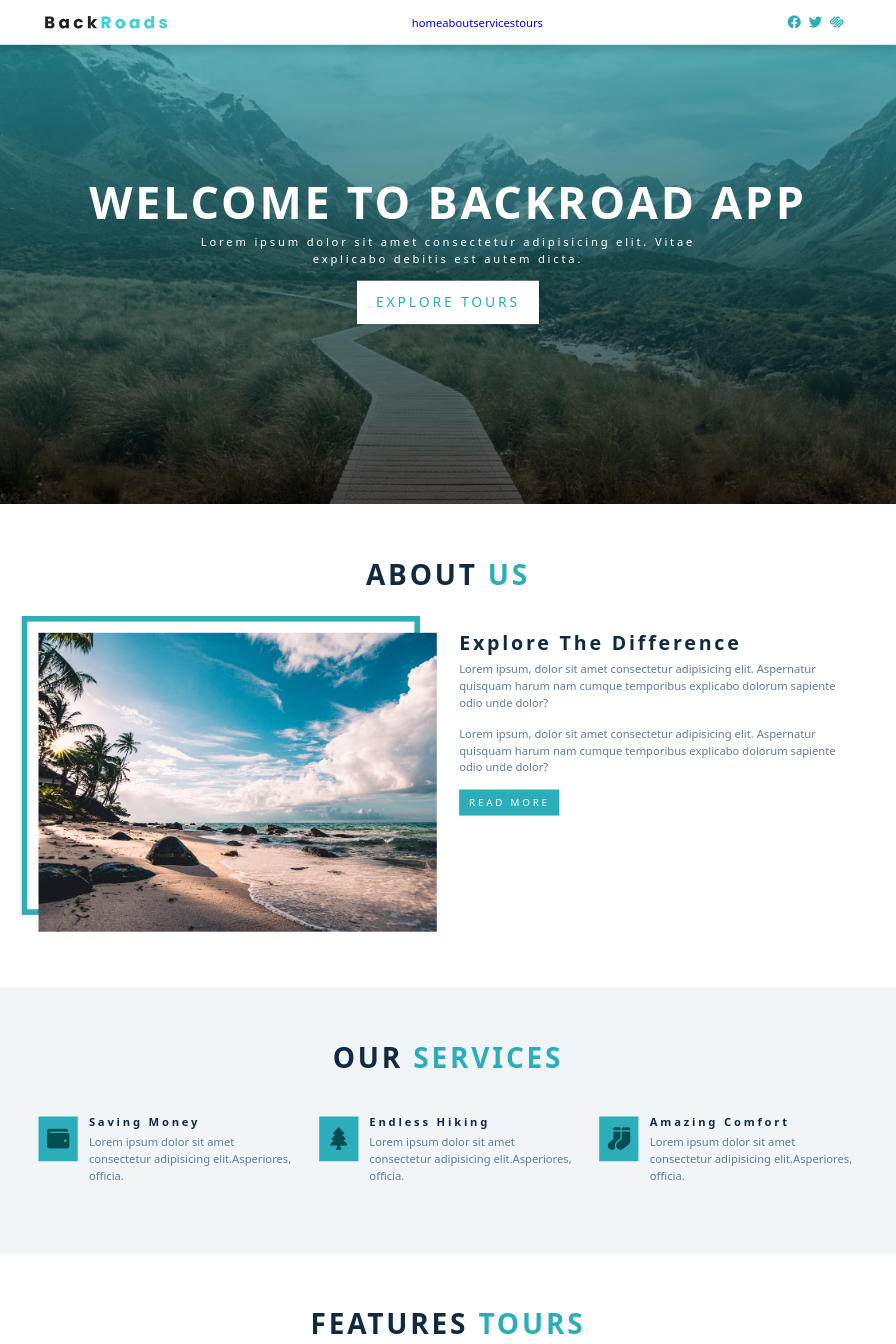
Repository: shivyank121/backRoad-app
Page: /
An editor plug-in stored every save of this project. The page is shown before and after a run of saves, followed by the edit.
The browser window is 1280 px wide. The pictures show the part of the page from y = 0 to 1920 px (the page is 3363 px tall), at 70% of full size.
Some web libraries are served in a nearby version. The project was rebuilt for these pictures with package versions that can differ from the ones it lists, and the page was loaded fresh each time.

Above is the page before, as saved 2023-08-21 18:47:34.

### public/index.html
<!DOCTYPE html>
<html lang="en">
  <head>
    <meta charset="utf-8" />
    <link rel="icon" href="%PUBLIC_URL%/favicon.ico" />
    <meta name="viewport" content="width=device-width, initial-scale=1" />
    <meta name="theme-color" content="#000000" />
    <meta
      name="description"
      content="Web site created using create-react-app"
    />
    <link rel="apple-touch-icon" href="%PUBLIC_URL%/logo192.png" />
    <!--
      manifest.json provides metadata used when your web app is installed on a
      user's mobile device or desktop. See https://developers.google.com/web/fundamentals/web-app-manifest/
    -->
    <link rel="manifest" href="%PUBLIC_URL%/manifest.json" />
    <!--
      Notice the use of %PUBLIC_URL% in the tags above.
      It will be replaced with the URL of the `public` folder during the build.
      Only files inside the `public` folder can be referenced from the HTML.

      Unlike "/favicon.ico" or "favicon.ico", "%PUBLIC_URL%/favicon.ico" will
      work correctly both with client-side routing and a non-root public URL.
      Learn how to configure a non-root public URL by running `npm run build`.
    -->

    <link
    rel="stylesheet"
    href="https://cdnjs.cloudflare.com/ajax/libs/font-awesome/5.12.0/css/all.min.css"
    integrity="sha512-c93ifPoTvMdEJH/rKIcBx//AL1znq9+4/RmMGafI/vnTFe/dKwnn1uoeszE2zJBQTS1Ck5CqSBE+34ng2PthJg=="
    crossorigin="anonymous"
    referrerpolicy="no-referrer"
  />

    <title>Backroad </title>
  </head>
  <body>
    <noscript>You need to enable JavaScript to run this app.</noscript>
    <div id="root"></div>
    <!--
      This HTML file is a template.
      If you open it directly in the browser, you will see an empty page.

      You can add webfonts, meta tags, or analytics to this file.
      The build step will place the bundled scripts into the <body> tag.

      To begin the development, run `npm start` or `yarn start`.
      To create a production bundle, use `npm run build` or `yarn build`.
    -->
  </body>
</html>

### src/App.js
import { About } from "./components/About";
import { Footer } from "./components/Footer";
import { Hero } from "./components/Hero";
import { Navbar } from "./components/Navbar";
import { Services } from "./components/Services";
import { Tours } from "./components/Tours";

function App() {
  return (
    <>
      <Navbar />
      <Hero />
      <About />
      <Services />
      <Tours />
      <Footer />
    </>
  );
}

export default App;

### src/components/About.js
import React from 'react'
import aboutImg from "../images/about.jpeg"
import Title from './Title'

export const About = () => {
  return (

    <section className="section" id="about">

        <Title title='about' subtitle='us' />

      <div className="section-center about-center">
        <div className="about-img">
          <img
            src={aboutImg}
            className="about-photo"
            alt="awesome beach"
          />
        </div>
        <article className="about-info">
          <h3>explore the difference</h3>
          <p>
            Lorem ipsum, dolor sit amet consectetur adipisicing elit. Aspernatur
            quisquam harum nam cumque temporibus explicabo dolorum sapiente odio
            unde dolor?
          </p>
          <p>
            Lorem ipsum, dolor sit amet consectetur adipisicing elit. Aspernatur
            quisquam harum nam cumque temporibus explicabo dolorum sapiente odio
            unde dolor?
          </p>
          <a href="#to" className="btn"  >read more</a>
        </article>
      </div>
    </section>
  )
}

### src/components/Footer.js
import React from "react";
import { pageLinks, socialLinks } from "../data";
import Sociallinks from "./Sociallinks";

export const Footer = () => {
  return (
    <footer className="section footer">
      <ul className="footer-links">
        {pageLinks.map((link) => {
          return (
            <li key={link.id}>
              <a href={link.href} className="footer-link">
                {link.text}
              </a>
            </li>
          );
        })}
      </ul>
      <ul className="footer-icons">
        {socialLinks.map((link) => {
          return (
            <Sociallinks key={link.id} {...link} itemClass="footer-icon" />
          );
        })}
      </ul>
      <p className="copyright">
        copyright &copy; Backroads App tours company 2023
        <span id="date"></span> all rights reserved
      </p>
    </footer>
  );
};

### src/components/Hero.js
import React from 'react'

export const Hero = () => {
  return (
    <section className="hero" id="home">
      <div className="hero-banner">
        <h1>Welcome to Backroad App</h1>
        <p>
          Lorem ipsum dolor sit amet consectetur adipisicing elit. Vitae
          explicabo debitis est autem dicta.
        </p>
        <a href="#tours" className="btn hero-btn">explore tours</a>
      </div>
    </section>

  )
}

### src/components/Navbar.js
import React from "react";
import logo from "../images/logo.svg";
import { pageLinks, socialLinks } from "../data";
import Sociallinks from "./Sociallinks";
import Navlinks from "./Navlinks";

export const Navbar = () => {
  return (
    <nav className="navbar">
      <div className="nav-center">
        <div className="nav-header">
          <img src={logo} className="nav-logo" alt="backroads" />
          <button type="button" className="nav-toggle" id="nav-toggle">
            <i className="fas fa-bars"></i>
          </button>
        </div>
        {/* <!-- left this comment on purpose --> */}
        <ul className="nav-links" id="nav-links">
          {pageLinks.map((link) => {
            return (
             <Navlinks key={link.id} {...link} />
            );
          })}
        </ul>

        <ul className="nav-icons">
          {socialLinks.map((link) => {
            return <Sociallinks key={link.id} {...link} itemClass="nav-icon" />;
          })}
        </ul>
      </div>
    </nav>
  );
};

### src/components/Services.js
import React from "react";
import Title from "./Title";
import { services } from "../data.js";
import Service from "./Service";

export const Services = () => {
  return (
    <section className="section services" id="services">
      <div className="section-title">
        <Title title="Our" subtitle="services" />
      </div>
      <div className="section-center services-center">
        {services.map((service) => {
          return <Service key={service.id} {...service} />;
        })}
      </div>
    </section>
  );
};

### src/components/Tours.js
import React from 'react'
import Title from './Title'
import { tours } from '../data'
import Tour from './Tour'

export const Tours = () => {
  return (
    <section className="section" id="tours">
    <div className="section-title">
    <Title title='Features' subtitle='tours' />
    </div>

    <div className="section-center featured-center">

      {tours.map((tour)=>{

      return(
       <Tour key={tour.id} {...tour} />
      )
      })}


    </div>
  </section>
  )
}

### src/components/Title.js
import React from 'react'

const Title = ({title, subtitle}) => {
  return (
    <div className="section-title">
        <h2>{title} <span>{subtitle}</span></h2>
      </div>
  )
}

export default Title

### src/data.js
import tour1 from './images/tour-1.jpeg'
import tour2 from './images/tour-2.jpeg'
import tour3 from './images/tour-3.jpeg'
import tour4 from './images/tour-4.jpeg'
import tour5 from './images/tour-5.jpeg'
import tour6 from './images/tour-6.jpeg'




export const pageLinks = [
  { id: 1, href: "#home", text: "home" },
  { id: 2, href: "#about", text: "about" },
  { id: 3, href: "#services", text: "services" },
  { id: 4, href: "#tours", text: "tours" },
];

export const socialLinks = [
  { id: 1, href: "https://www.twitter.com", icon: "fab fa-facebook" },
  { id: 2, href: "https://www.twitter.com", icon: "fab fa-twitter" },
  { id: 3, href: "https://www.twitter.com", icon: "fab fa-squarespace" },
];

export const services = [
  {
    id: 1,
    icon: "fas fa-wallet fa-fw",
    title: "saving money",
    text: "  Lorem ipsum dolor sit amet consectetur adipisicing elit.Asperiores, officia.",
  },
  {
    id: 2,
    icon: "fas fa-tree fa-fw",
    title: "endless hiking",
    text: "  Lorem ipsum dolor sit amet consectetur adipisicing elit.Asperiores, officia.",
  },
  {
    id: 3,
    icon: "fas fa-socks fa-fw",
    title: "amazing comfort",
    text: "  Lorem ipsum dolor sit amet consectetur adipisicing elit.Asperiores, officia.",
  },

];

export const tours = [
{
    id:1,
    img:tour1,
    date:'august 26th, 2020',
    title:'Tibet Adventure',
    info:'  Lorem ipsum dolor sit amet, consectetur adipisicing elit. Cumquevitae tempore voluptatum maxime reprehenderit eum quodexercitationem fugit, qui corporis.',
    location:'china',
    duration:'6 days',
    price:'from $2100',

},
{
    id:2,
    img:tour2,
    date:'october 1th, 2020',
    title:'best of java',
    info:'  Lorem ipsum dolor sit amet, consectetur adipisicing elit. Cumquevitae tempore voluptatum maxime reprehenderit eum quodexercitationem fugit, qui corporis.',
    location:'indonesia',
    duration:'11 days',
    price:'from $1400',

},
{
    id:3,
    img:tour3,
    date:'september 15th, 2020',
    title:' explore hong kong',
    info:'  Lorem ipsum dolor sit amet, consectetur adipisicing elit. Cumquevitae tempore voluptatum maxime reprehenderit eum quodexercitationem fugit, qui corporis.',
    location:' hong kong',
    duration:'8 days',
    price:'from $5100',

},
{
    id:4,
    img:tour4,
    date:'december 5th, 2019',
    title:'kenya highlights',
    info:'  Lorem ipsum dolor sit amet, consectetur adipisicing elit. Cumquevitae tempore voluptatum maxime reprehenderit eum quodexercitationem fugit, qui corporis.',
    location:'kenya',
    duration:'20 days',
    price:'from $3100',

},
{
    id:5,
    img:tour5,
    date:'May 26th, 2021',
    title:'Africa Wild life',
    info:'  Lorem ipsum dolor sit amet, consectetur adipisicing elit. Cumquevitae tempore voluptatum maxime reprehenderit eum quodexercitationem fugit, qui corporis.',
    location:'Africa',
    duration:'4 days',
    price:'from $1200',

},
{
    id:6,
    img:tour6,
    date:'july 26th, 2021',
    title:'Indian Heritage',
    info:'  Lorem ipsum dolor sit amet, consectetur adipisicing elit. Cumquevitae tempore voluptatum maxime reprehenderit eum quodexercitationem fugit, qui corporis.',
    location:'India',
    duration:'8 days',
    price:'from $1500',

}

]

### src/components/Sociallinks.js
import React from 'react'

const Sociallinks = ({href, icon, itemClass}) => {
  return (
    <li>
    <a
      href={href}
      target="_blank"
      rel="noreferrer"
      className={itemClass}
    >
      <i className={icon}></i>
    </a>
  </li>
  )
}

export default Sociallinks

### src/components/Navlinks.js
import React from "react";

const Navlinks = ({ href, text, navItemClass }) => {
  return (
    <li>
      <a href={href} className={navItemClass}>
        {text}
      </a>
    </li>
  );
};

export default Navlinks;

### src/components/Service.js
import React from 'react'

const Service = ({ icon, title, text}) => {
  return (
    <article className="service" >
    <span className="service-icon"><i className={icon}></i></span>
    <div className="service-info">
      <h4 className="service-title">{title}</h4>
      <p className="service-text">
        {text}
      </p>
    </div>
  </article>
  )
}

export default Service

### src/components/Tour.js
import React from 'react'

const Tour = ({id, img, date,title,info, location,duration,price}) => {
  return (
    <article className="tour-card" key={id}>
    <div className="tour-img-container">
      <img src={img} className="tour-img" alt="" />
      <p className="tour-date">{date}</p>
    </div>
    <div className="tour-info">
      <div className="tour-title">
        <h4>{title}</h4>
      </div>
      <p>
        {info}
      </p>
      <div className="tour-footer">
        <p>
          <span><i className="fas fa-map"></i></span> {location}
        </p>
        <p>{duration}</p>
        <p>{price}</p>
      </div>
    </div>
  </article>
  )
}

export default Tour

Loaded but not shown: src/index.js (common file); src/index.css (common file)

After the next 2 saves:
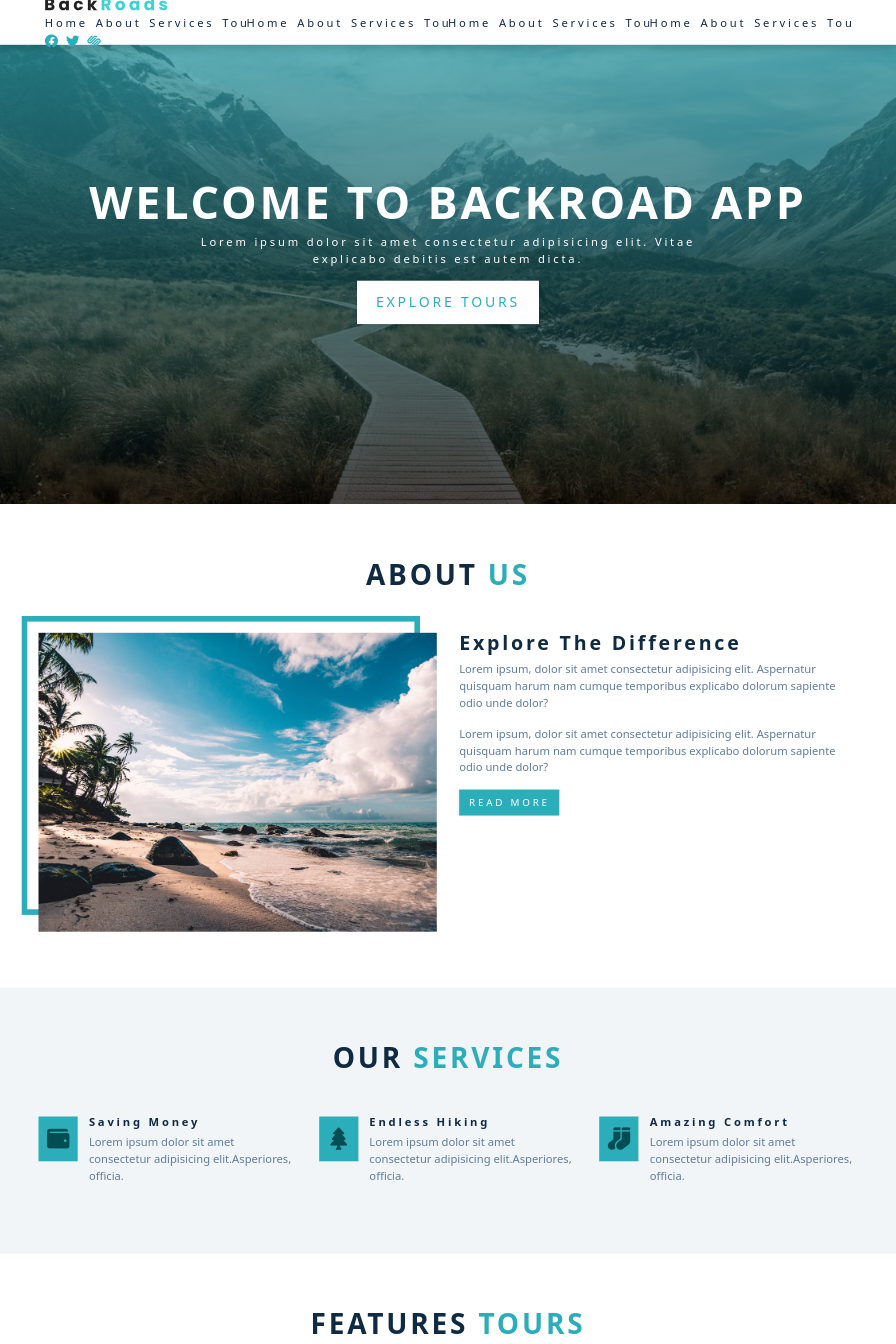
The 2 saves are shown as one change because 1 did not build or start.
The last was saved 3 min 28 s later.
--- a/src/components/Navlinks.js
+++ b/src/components/Navlinks.js
@@ -1,12 +1,20 @@
 import React from "react";
+import { pageLinks } from "../data";
+
 
 const Navlinks = ({ href, text, navItemClass }) => {
   return (
-    <li>
-      <a href={href} className={navItemClass}>
-        {text}
-      </a>
-    </li>
+    <ul className="nav-links" id="nav-links">
+    {pageLinks.map((link) => {
+      return (
+        <li key={link.id}>
+          <a href={link.href} className="nav-link">
+            {link.text}
+          </a>
+        </li>
+      );
+    })}
+  </ul>
   );
 };
 
